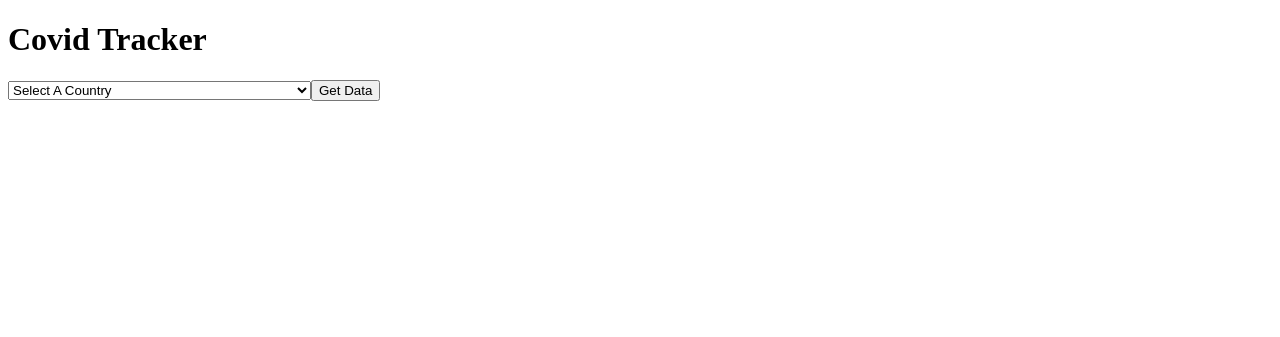
Repository: isopets/react-corona-tracker-app
Page: /
These files come from the project's save history. The page is drawn as it stood at one moment and after the next save; the edit follows.
The browser window is 1280 px wide. The pictures show the whole page.
The project was rebuilt for these pictures with package versions that can differ from the ones it lists, and the page was loaded fresh each time. Also part of the build but not shown: src/App.css.

Above is the page before, as saved 2022-06-17 01:30:38.

After the next save:
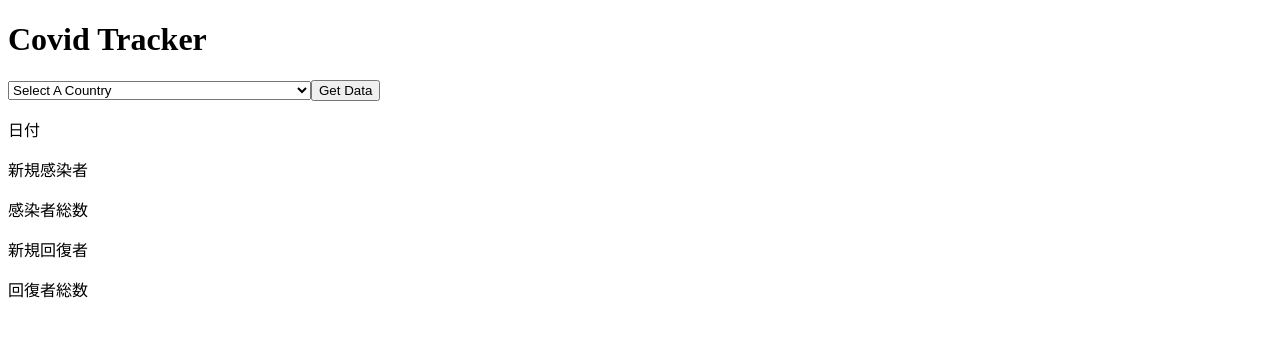
Saved 8 s later.
--- a/src/pages/TopPage.js
+++ b/src/pages/TopPage.js
@@ -6,6 +6,7 @@ const TopPage = () => {
     <div>
       <Title />
       <Selector />
+      <Results />
     </div>
   );
 };
